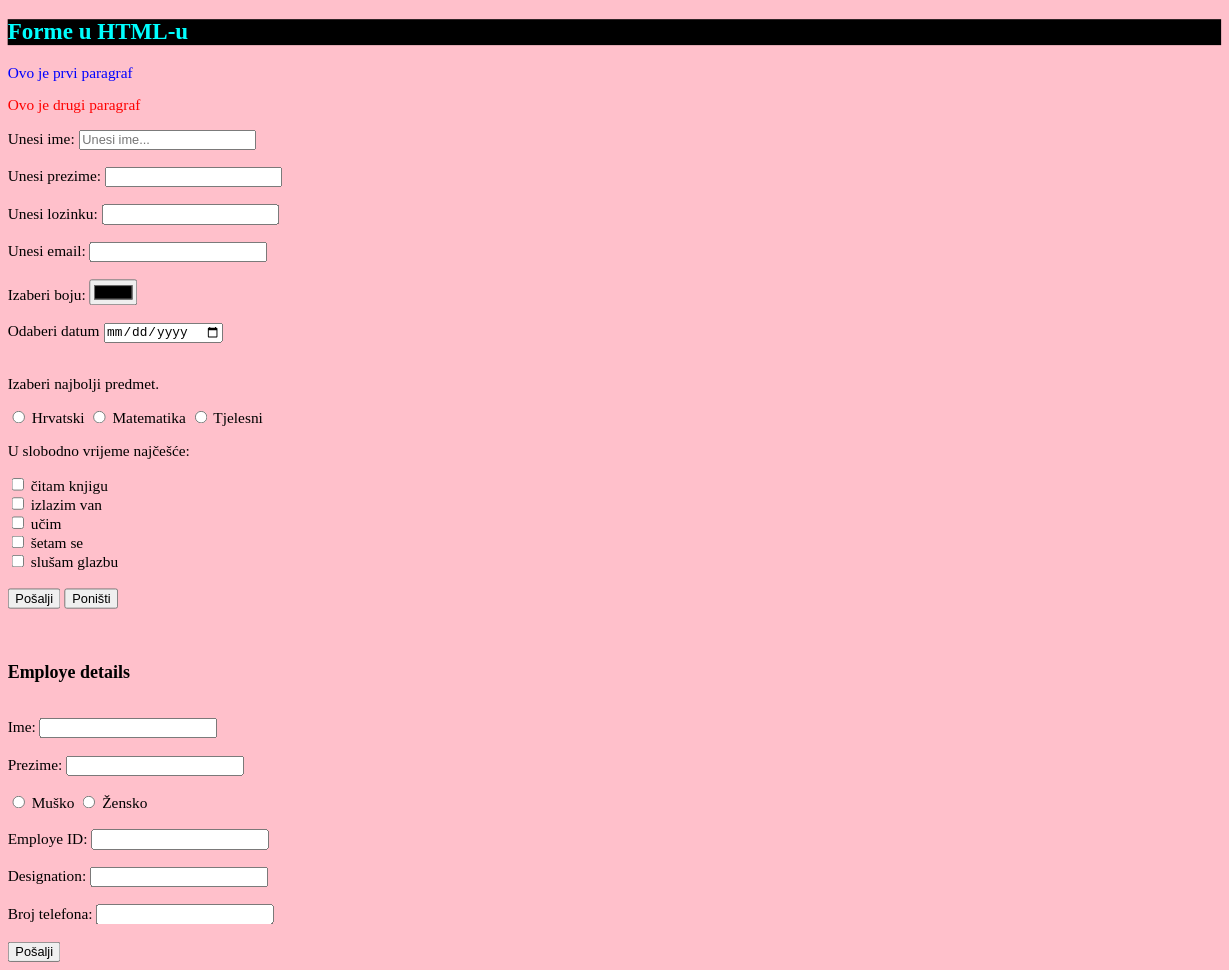
Repository: larabiondic/wp_biondic_lara
Page: forme/forme.html
An editor plug-in stored every save of this project. The page is shown before and after the next save, followed by the edit.
The browser window is 1280 px wide. The pictures show the whole page, at 96% of full size.

Above is the page before, as saved 2025-11-10 12:53:32.

### forme/forme.html
<!DOCTYPE html>
<html lang="en">
<head>
    <meta charset="UTF-8">
    <meta name="viewport" content="width=device-width, initial-scale=1.0">
    <title>Forme</title>
    <link rel="stylesheet" href="../STYLE.CSS">

</head>
<body>
    <h2>Forme u HTML-u</h2>
    <!-- INTERNAL css -->
    <!-- <style>
        h2 {color: aqua; background-color: black;

        }
        body { color: blanchedalmond; background-color: blueviolet;

        }

    </style> -->
    <p id="prvi">Ovo je prvi paragraf</p>
    <p class="drugi">Ovo je drugi paragraf</p>
    <form action="#" method="get">
        <label for="ime">Unesi ime:</label>
        <input type="text" id="Ime" placeholder="Unesi ime...">
        <br>
        <br>
        <label for="prezime">Unesi prezime:</label>
        <input type="text" id="prezime">
        <br>
        <br>
        <label for="pass">Unesi lozinku:</label>
        <input type="password" name="pass" id="pass" required>
        <br>
        <br>
        <label for="email">Unesi email:</label>
        <input type="email" name="email" id="email">
        <br>
        <br>
        <label for="color">Izaberi boju:</label>
        <input type="color" name="color" id="color">
        <br>
        <br>
        <label for="date">Odaberi datum</label>
        <input type="date" name="datum" id="datum">
        <br>
        <br>
        <p>Izaberi najbolji predmet.</p>
        <input type="radio" name="predmet" id="Hrvatski">
        <label for="Hrvatski">Hrvatski</label>
        <input type="radio" name="predmet" id="Matematika">
        <label for="Matematika">Matematika</label>
        <input type="radio" name="predmet" id="Tjelesni">
        <label for="Tjelesni">Tjelesni</label>
        <br>

        <p>U slobodno vrijeme najčešće:</p>
        <input type="checkbox" name="knjiga" id="knjiga">
        <label for="knjiga">čitam knjigu</label> <br>
        <input type="checkbox" name="izlazak" id="izlazak">
        <label for="izlazak">izlazim van</label> <br>
        <input type="checkbox" name="učenje" id="učenje">
        <label for="učenje">učim</label> <br>
        <input type="checkbox" name="šetam" id="šetam">
        <label for="šetam">šetam se</label> <br>
        <input type="checkbox" name="glazba" id="glazba">
        <label for="glazba">slušam glazbu</label>

        <br>
        <br>
        <input type="submit" value="Pošalji">
        <input type="reset" value="Poništi">
    </form>
    <br>
    <br>
    <h3>Employe details</h3>
    <br>
    <form action="#" method="get">
        <label for="ime">Ime:</label>
        <input type="text" id="Ime">
        <br>
        <br>
        <label for="prezime">Prezime:</label>
        <input type="text" id="prezime">
        <br>
        <br>
        <input type="radio" name="spol" id="Muško">
        <label for="Muško">Muško</label>
        <input type="radio" name="spol" id="Žensko">
        <label for="Žensko">Žensko</label>
        <br>
        <br>
        <label for="Employe ID">Employe ID:</label>
        <input type="text" id="Employe ID">
        <br>
        <br>
        <label for="Designation">Designation:</label>
        <input type="text" id="Designation">
        <br>
        <br>
        <label for="broj">Broj telefona:</label>
        <input type="number" name="broj" id="broj">
        <br>
        <br>
        <input type="submit" value="Pošalji">



    </form>

</body>
</html>

### STYLE.CSS

h2
 {color: aqua; background-color: black;}
 body { color: black; background-color: pink;}


 /* pristup preko ID-a */
 #prvi {
    color: blue;
 }


 /* pristup prekoa klase */
 .drugi {
    color: red;
 }

After the next save:
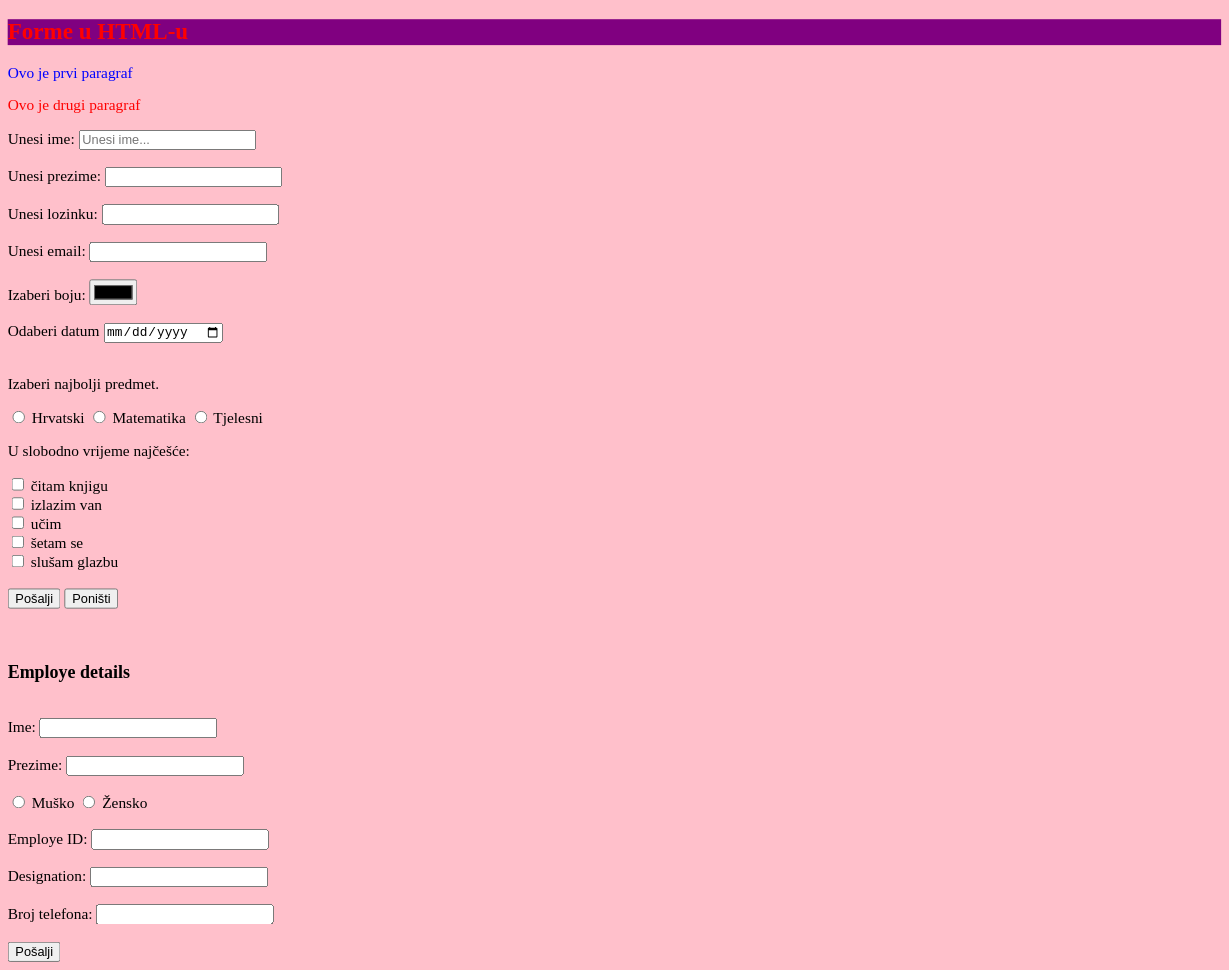
Saved 103 s later.
--- a/STYLE.CSS
+++ b/STYLE.CSS
@@ -1,6 +1,6 @@
 
 h2
- {color: aqua; background-color: black;}
+ {color: red; background-color: purple;}
  body { color: black; background-color: pink;}
 
 
